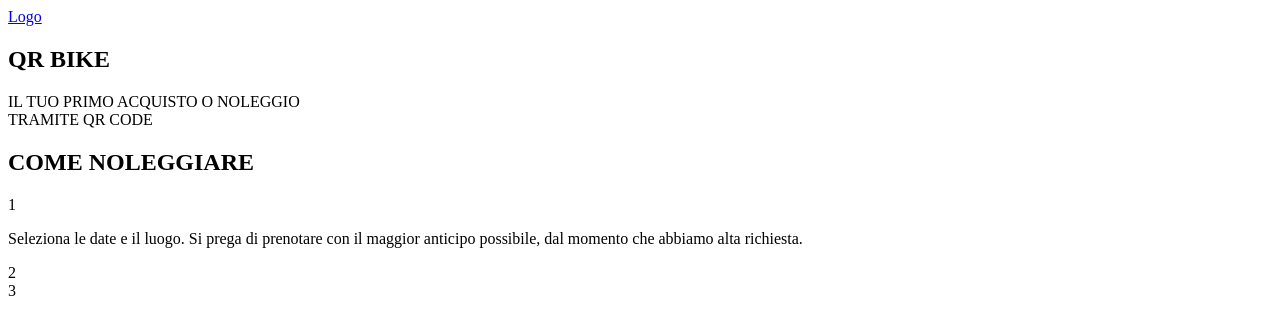
Repository: andrealepori/qrbike
Page: index.html
The author's editor kept a copy of each file at every save. The page is drawn from the files as they stood at one save, then again after the next save.
The browser window is 1280 px wide. The pictures show the whole page.

Above is the page before, as saved 2020-09-16 16:12:06.

### index.html
<!DOCTYPE html>
<html lang="en">
<head>
    <meta charset="UTF-8">
    <meta name="viewport" content="width=device-width, initial-scale=1.0">
    <title>Home - QR BIKE</title>


	<link type="text/css" rel="stylesheet" href="css/style.css" />

</head>
<body>


  <header>
    <a href="#" id="logo">Logo</a>
  </header>

  <section id="hero1" class="hero">

    <div class="inner">
      <div class="copy">

      <h1 class="yellowtitle"> QR BIKE</h1>
      <p class="subtitle">IL TUO PRIMO ACQUISTO O NOLEGGIO <br> TRAMITE QR CODE</p>
      </div>
    </div>
  </section>





<section>

      <h1 class="titolo">COME NOLEGGIARE </h1>

    </div>
    </div>
  </section>



  <div class="support-grid"></div>

  <section class="grid-1">
    <div class="item-1">1


      <p class="nero">
        Seleziona le date e il luogo. Si prega di prenotare con il maggior anticipo possibile, dal momento che abbiamo alta richiesta. </p>
    </div>
    <div class="item-2">2</div>
    <div class="item-3">3</div>

  </section>






</body>
</html>

Loaded but not shown: style.css (no stored copy; drawn as an empty file)

After the next save:
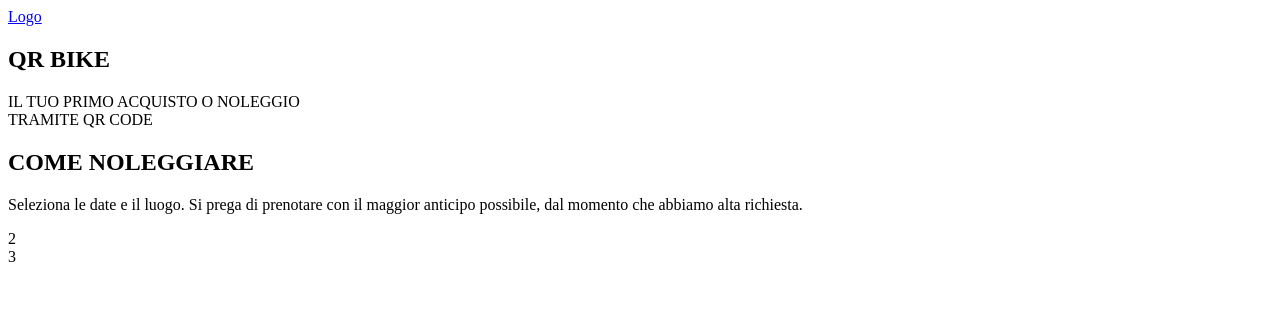
Saved 5 min 23 s later.
--- a/index.html
+++ b/index.html
@@ -44,8 +44,7 @@
   <div class="support-grid"></div>
 
   <section class="grid-1">
-    <div class="item-1">1
-
+    <div class="item-1">
 
       <p class="nero">
         Seleziona le date e il luogo. Si prega di prenotare con il maggior anticipo possibile, dal momento che abbiamo alta richiesta. </p>
